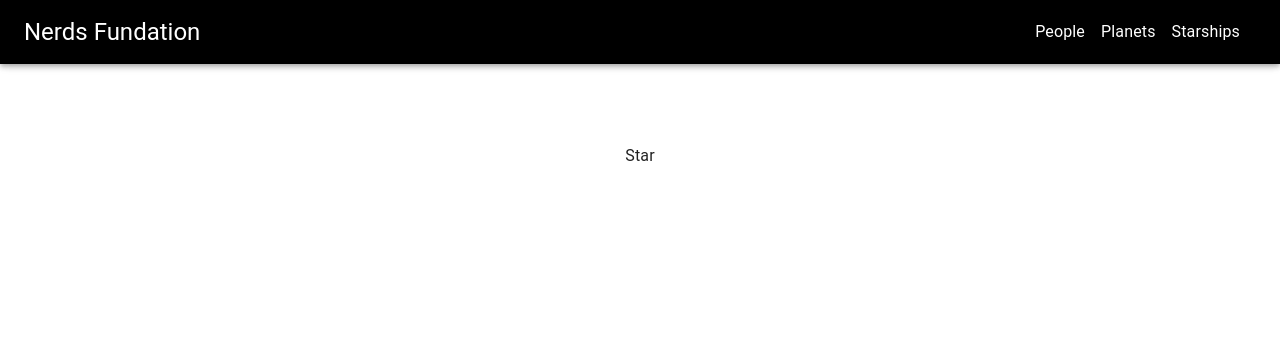
Repository: marianozamora/lisit-challenge
Page: /starships
These files come from the project's save history. The page is drawn as it stood at one moment and after the next save; the edit follows.
The browser window is 1280 px wide. The pictures show the whole page.
The page's requests for data from a server got no answer. The project was rebuilt for these pictures with package versions that can differ from the ones it lists, and the page was loaded fresh each time. Some packages were replaced by stand-ins written for this rebuild. No one was signed in, and anything a server would have sent is missing. Also part of the build but not shown: vite.config.ts, src/components/Pagination.tsx, src/components/Card.tsx, src/App.tsx, src/components/Planets.tsx, src/components/DetailPeople.tsx, src/components/DetailStarship.tsx, src/components/ErrorPage.tsx.

Above is the page before, as saved 2023-05-11 05:31:55.

### src/main.tsx
import React from 'react'
import ReactDOM from 'react-dom/client'
import App from './App.tsx'
import './index.css'
import { QueryClientProvider } from '@tanstack/react-query';
import queryClient from './queryClient';
import { ReactQueryDevtools } from '@tanstack/react-query-devtools';
import { Route, createBrowserRouter, createRoutesFromElements, RouterProvider } from 'react-router-dom';
import Header from './components/Header';
import People from './components/People';
import Planets from './components/Planets';
import Starships from './components/Starship';
import DetailPeople from './components/DetailPeople';
// import DetailPlanet from './components/DetailPlanet';
import DetailStarship from './components/DetailStarship';
import ErrorPage from './components/ErrorPage.tsx';
import { Layout } from './components/Layout';
import { redirect } from 'react-router-dom';

const router = createBrowserRouter(
  createRoutesFromElements(
    <Route path="/"
      errorElement={<ErrorPage />}
      element={<Layout />} >
      <Route index  element={<App />} />
      <Route path="planets" element={<Planets />} />
      <Route path="starships" element={<Starships />} />
      <Route path="people/:peopleId" element={<DetailPeople />} />
      {/* <Route path="planet/:planetId" element={<DetailPlanet />} /> */}
      <Route path="starships/:starshipId" element={<DetailStarship />} />
      {/* <RedirectM from="/people" to="/" /> */}
    </Route>
  )
)

ReactDOM.createRoot(document.getElementById('root') as HTMLElement).render(
  <React.StrictMode>
    <QueryClientProvider client={queryClient}>
      <RouterProvider router={router} />
      <ReactQueryDevtools initialIsOpen></ReactQueryDevtools>
    </QueryClientProvider>
  </React.StrictMode>,
)

### src/index.css
@tailwind base;
@tailwind components;
@tailwind utilities;
/*
:root {
  font-family: Inter, system-ui, Avenir, Helvetica, Arial, sans-serif;
  line-height: 1.5;
  font-weight: 400;

  color-scheme: light dark;
  color: rgba(255, 255, 255, 0.87);
  background-color: #242424;

  font-synthesis: none;
  text-rendering: optimizeLegibility;
  -webkit-font-smoothing: antialiased;
  -moz-osx-font-smoothing: grayscale;
  -webkit-text-size-adjust: 100%;
}

a {
  font-weight: 500;
  color: #646cff;
  text-decoration: inherit;
}
a:hover {
  color: #535bf2;
}

body {
  margin: 0;
  display: flex;
  place-items: center;
  min-width: 320px;
  min-height: 100vh;
}

h1 {
  font-size: 3.2em;
  line-height: 1.1;
}

button {
  border-radius: 8px;
  border: 1px solid transparent;
  padding: 0.6em 1.2em;
  font-size: 1em;
  font-weight: 500;
  font-family: inherit;
  background-color: #1a1a1a;
  cursor: pointer;
  transition: border-color 0.25s;
}
button:hover {
  border-color: #646cff;
}
button:focus,
button:focus-visible {
  outline: 4px auto -webkit-focus-ring-color;
}

@media (prefers-color-scheme: light) {
  :root {
    color: #213547;
    background-color: #ffffff;
  }
  a:hover {
    color: #747bff;
  }
  button {
    background-color: #f9f9f9;
  }
} */

### src/queryClient.ts
import { QueryClient } from '@tanstack/react-query';

const queryClient = new QueryClient();

export default queryClient;

### src/components/Starship.tsx

export default function People() {
    return (
        <div>
        <h1>Star</h1>
        </div>
    )
}

### src/components/Layout.tsx
import { Outlet } from 'react-router-dom';
import Header from './Header';
// import Container from '../04-layouts/Container';

export const Layout = ({ children }: any) => {
    return (
        <div>
        <Header />
        <div>
                <Outlet />
                {children}
        </div>
        {/* <Footer /> */}
        </div>
    )
}

### src/components/Header.tsx
import * as React from 'react';
import { AppBar, Toolbar, IconButton, Typography, Box, CssBaseline} from '@mui/material';
import { Drawer, List, ListItem, ListItemButton, ListItemText, Divider, Button } from '@mui/material';
import MenuIcon from '@mui/icons-material/Menu';
import { Link } from 'react-router-dom';
import { useNavigate } from "react-router-dom";

interface Props {
    /**
     * Injected by the documentation to work in an iframe.
     * You won't need it on your project.
     */
    window?: () => Window;
}


const drawerWidth = 240;
const navItems = ['People', 'Planets', 'Starships'];

export default function Header(props: Props) {
    const navigate = useNavigate();
    const { window } = props;
    const [mobileOpen, setMobileOpen] = React.useState(false);

    const handleDrawerToggle = () => {
        setMobileOpen((prevState) => !prevState);
    };

    const generateLink = (item: string) => {
        const lowered = item.toLowerCase();
        if (lowered === 'people')
            return '/';
        return `/${lowered}`;
    };

    const drawer = (
        <Box onClick={handleDrawerToggle} sx={{ textAlign: 'center' }}>
        <Link to="/">
        <Typography variant="h6" sx={{ my: 2 }}>
        Nerds Fundation
        </Typography>
        </Link>
        <Divider />
        <List>
                {navItems.map((item) => (
                        <ListItem key={item}  disablePadding>
                            <ListItemButton
                                onClick={
                                () => {
                                        return generateLink(item)
                                    }
                                }
                                sx={{ textAlign: 'center' }}>
                        <ListItemText primary={item} />
                        </ListItemButton>
                        </ListItem>
            ))}
        </List>
        </Box>
    );

    const container = window !== undefined ? () => window().document.body : undefined;

    return (
            <Box sx={{ display: 'flex' }}>
            <CssBaseline />
            <AppBar component="nav">
            <Toolbar className="bg-black flex justify-between">
                <IconButton
                color="inherit"
                aria-label="open drawer"
                edge="start"
                onClick={handleDrawerToggle}
                sx={{ mr: 2, display: { sm: 'none' } }}
                >
                <MenuIcon />
                    </IconButton>
                    <Link to="/">
                <Typography
                variant="h5"
                component="div"
                className="text-white "
                sx={{ display: { xs: 'none', sm: 'block' } }}
                >
                Nerds Fundation
                        </Typography>
                    </Link>
                <Box sx={{ display: { xs: 'none', sm: 'block' } }}>
                {navItems.map((item) => (
                    <Link to={generateLink(item)} className="text-white mr-4" key={item}>
                    {item}
                    </Link>
                ))}
                </Box>
            </Toolbar>
            </AppBar>
            <Box component="nav">
                <Drawer
                container={container}
                variant="temporary"
                open={mobileOpen}
                onClose={handleDrawerToggle}
                ModalProps={{
                keepMounted: true, // Better open performance on mobile.
                }}
                sx={{
                display: { xs: 'block', sm: 'none' },
                '& .MuiDrawer-paper': { boxSizing: 'border-box', width: drawerWidth },
                }}
            >
                {drawer}
            </Drawer>
            </Box>
            <Box component="main" sx={{ p: 3 }}>
            <Toolbar />
            </Box>
        </Box>
    )
}

### src/hooks/useSwapi.ts
import api from '../api/swapi';
import { useQuery } from '@tanstack/react-query';

interface Params {
    page?: number;
    query?: string;
    type?: string;
}

//
export async function generateRequest({type, page, query}: any) {
    const { data } = await api.get(`${type}/?page=${page}&&search=${query}`);
    return data;
}

export function useGenerateRequest({ type = 'people', page = 1, query = '' }: any) {
    return useQuery({
        queryKey: [type, { page, query }],
        queryFn: () => generateRequest({ type, page, query }),
    })
}

// export async function generateRequestById({ type, id }: any) {
//     const { data } = await api.get(`${type}/${id}`);
//     return data;
// }

// export function useGenerateRequestById({ type = 'people', id = 1 }: any) {
//     return useQuery({
//         queryKey: [type, id],
//         queryFn: () => generateRequestById({ type, id }),
//     })
// }

// People
export async function fetchPeople({page, query}: Params ) {
    const { data } = await api.get(`people/?page=${page}&&search=${query}`);
    return data;
}

export function useFetchPeople({ page = 1, query = '' }: Params) {
    return useQuery({
        queryKey: ['people', { page, query }],
        queryFn: () => fetchPeople({ page, query }),
    })

}

export async function fetchPerson(id:any) {
    const { data } = await api.get(`people/${id}`);
    return data;
}

export function useFetchPerson(id:any) {
    return useQuery({
        queryKey: ['person', id],
        queryFn: () => fetchPerson(id),
    })
}
//Planets

// export async function fetchPlanets({page, query}: Params ) {
//     const { data } = await api.get(`planet/?page=${page}&&search=${query}`);
//     return data;
// }

// export function useFetchPlanets({ page = 1, query = '' }: Params) {
//     return useQuery({
//         queryKey: ['planets', { page, query }],
//         queryFn: () => fetchPlanets({ page, query }),
//     })

// }

// export async function fetchPlanet(id:any) {
//     const { data } = await api.get(`planet/${id}`);
//     return data;
// }

// export function useFetchPlanet(id:any) {
//     return useQuery({
//         queryKey: ['planet', id],
//         queryFn: () => fetchPlanet(id),
//     })
// }

### src/components/InputSearch.tsx
import { Button, Input } from '@mui/material';
import { useState } from 'react';

interface Props {
    onChange?: (searchTerm : string) => void;
    onSubmit?: (event: React.FormEvent<HTMLFormElement>) => void;
    searchTerm?: string;
    isLoading?: boolean;
    searchResults?: any[];
    handleChange?: (event: React.ChangeEvent<HTMLInputElement | HTMLTextAreaElement>) => void;
    handleSubmit?: (event: Event) => void;
}

interface Event {
    target: HTMLInputElement;
    preventDefault: () => void;
    onChange: (event: React.ChangeEvent<HTMLInputElement>) => void;
}

// const PartialProps = Partial<Props>;

export default function InputSearch({
    onChange,
}:Props) {
    const [searchTerm, setSearchTerm] = useState('');
    const [isLoading, setIsLoading] = useState(false);

    const handleChange = (event: any) => {
        setSearchTerm(event.target.value);
    };

    const handleSubmit = async (event:any) => {
        event.preventDefault();
        setIsLoading(true);
        if (onChange) {
            onChange(searchTerm);
        }
        setIsLoading(false);
    };
    return (
        <div>
            <Input
                type="text"
                value={searchTerm}
                onChange={(event)=>handleChange(event)}
                color='primary'
                style={{ width: '50%' }}
                size='small'
                className='mr-4'
                placeholder="Search" />
            <Button
                variant="contained"
                color="primary"
                onClick={(e)=>handleSubmit(e)}
            >Buscar</Button>
        </div>
    )
}

### src/ListHOC.tsx
import React from 'react';
import { useFetchPeople, useGenerateRequest } from './hooks/useSwapi';
import './App.css';
// import { People } from './hooks/types';
import Pagination from '../src/components/Pagination';
import { Box, Typography } from '@mui/material';
import Card from './components/Card';
import InputSearch from './components/InputSearch';

interface Props {
    window?: () => Window;
}

interface People {
    count: number;
    next: string;
    previous: string;
    results: People[];
}

interface PeopleProps {
    data?: People;
    isLoading?: boolean;
    isError?: boolean;
    currentPage?: number;
    setCurrentPage?: React.Dispatch<React.SetStateAction<number>>;
    query?: string;
    setQuery?: React.Dispatch<React.SetStateAction<string>>;
    title?: string;
    type?: string;
}

interface WrappedComponentProps {
    data: People;
    isLoading: boolean;
    isError: boolean;
    currentPage: number;
    setCurrentPage: React.Dispatch<React.SetStateAction<number>>;
    query: string;
    setQuery: React.Dispatch<React.SetStateAction<string>>;
}

// Higher-Order Component for fetching people data
const withFetchPeople = (WrappedComponent: any) => {
    return (props: PeopleProps) => {
        const [currentPage, setCurrentPage] = React.useState(1);
        const [query, setQuery] = React.useState('');


        const { data, isLoading, isError } = useGenerateRequest({
            type: props.type,
            page: currentPage,
            query
        });

        return (
        <WrappedComponent
            {...props}
            data={data}
            isLoading={isLoading}
            isError={isError}
            currentPage={currentPage}
            setCurrentPage={setCurrentPage}
            query={query}
            setQuery={setQuery}
        />
        );
    };
};

// Modified App component with HOC
const App = ({
    data,
    isLoading,
    isError,
    currentPage,
    setCurrentPage,
    query,
    type,
    title,
    setQuery,
}: any) => {

    return (
        <>
        <Box sx={{ display: 'flex', justifyContent: 'center', alignItems: 'center' }}>
            <Typography variant="h3" component="div" gutterBottom>
            {title}
            </Typography>
        </Box>
        <div>
                <InputSearch onChange={(value) => {
                    setCurrentPage(1);
                    setQuery(value);
                }}
            />
        </div>
        <Box>
            <div className='grid mx-auto gap-4 p-6 grid-cols-1 md:grid-cols-3'>
            {data?.results && data?.results.length && data?.results.map((person: People, index: number) => (
                <Card type={type} data={person} key={index} />
            ))}
            </div>
            {isLoading && <div>Loading...</div>}
            {isError && <div>Error...</div>}
            {data && data.count === 0 && <div>No results found</div>}

            {data && data.count > 0 && (
            <Pagination
                onPageChange={(event: any, value: React.SetStateAction<number>) => {
                    setCurrentPage(value);
                }}
                count={data?.count}
                elementsPerPage={10}
                currentPage={currentPage}
            />
            )}
        </Box>
        </>
    );
};

export default withFetchPeople(App);

### src/api/swapi.ts
import axios from 'axios';

const api = axios.create({
    baseURL: 'https://swapi.dev/api/',
});

export default api;

Loaded but not shown: index.html (common file); src/App.css (common file); tailwind.config.js (common file)

After the next save:
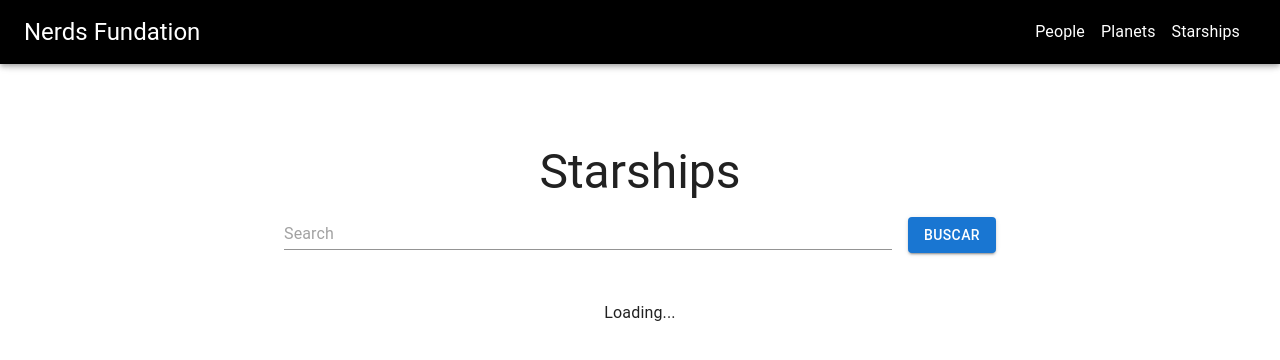
Saved 27 s later.
--- a/src/components/Starship.tsx
+++ b/src/components/Starship.tsx
@@ -1,8 +1,13 @@
+import ListHOC from "../ListHOC"
 
 export default function People() {
     return (
         <div>
-        <h1>Star</h1>
+            <ListHOC
+                //url='https://swapi.dev/api/starships/'
+                title='Starships'
+                type='starships'
+            />
         </div>
     )
 }
